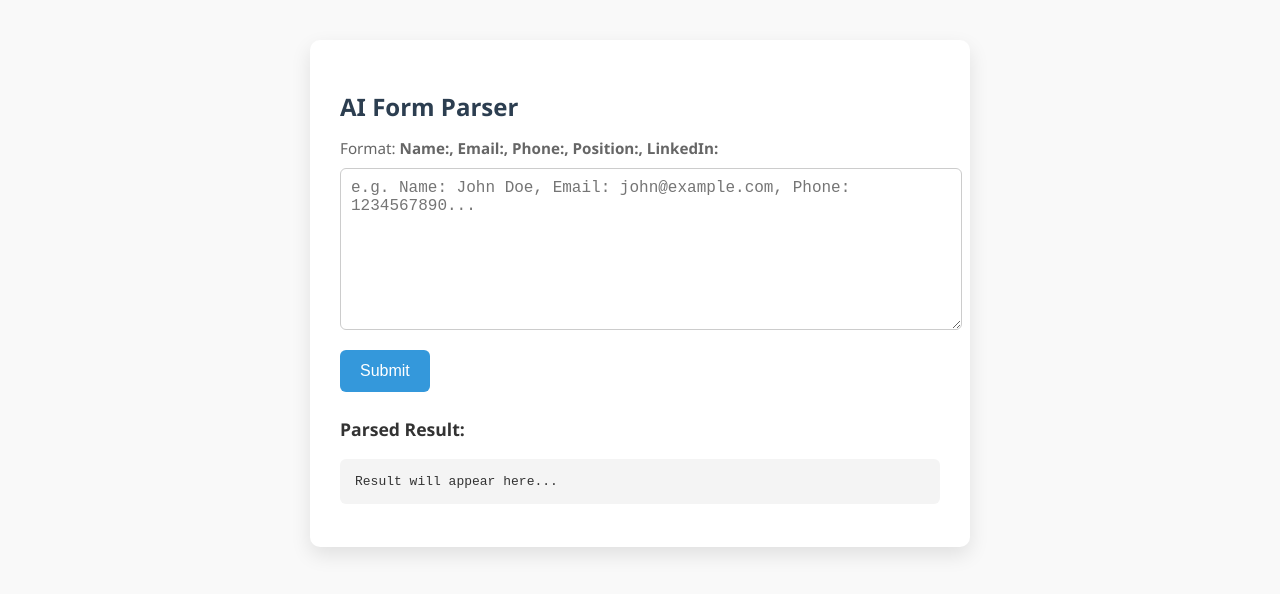
Repository: Mohitkumar1322/AIForm
Page: http://localhost/
These files come from the project's save history. The page is drawn as it stood at one moment and after the next save; the edit follows.
The browser window is 1280 px wide. The pictures show the whole page.
The page is served by the project's application, run on Flask 3 (main.py).

Above is the page before, as saved 2025-07-18 10:36:47.

After the next save:
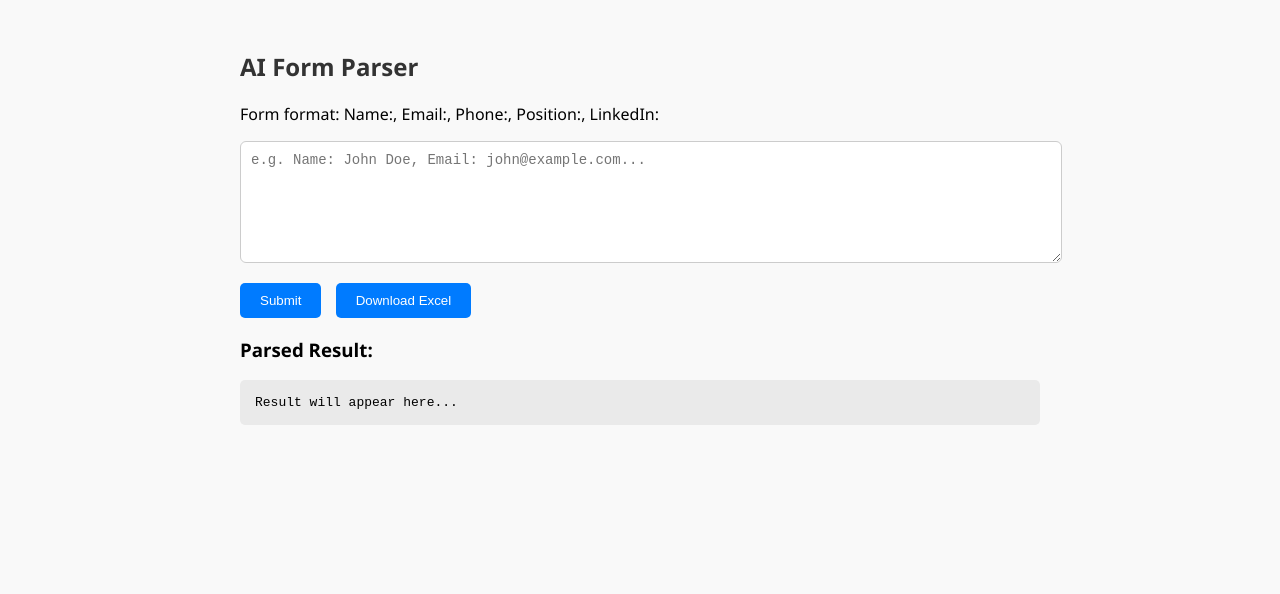
Saved 14 s later.
--- a/templates/index.html
+++ b/templates/index.html
@@ -1,135 +1,81 @@
 <!DOCTYPE html>
-<html lang="en">
+<html>
 <head>
-    <meta charset="UTF-8">
-    <meta name="viewport" content="width=device-width, initial-scale=1.0">
     <title>AI Form Parser</title>
     <style>
-        :root {
-            --primary-color: #2c3e50;
-            --accent-color: #3498db;
-            --bg-color: #f9f9f9;
-            --text-color: #333;
+        body {
+            font-family: 'Segoe UI', sans-serif;
+            max-width: 800px;
+            margin: auto;
+            padding: 30px;
+            background-color: #f9f9f9;
         }
-
-        body {
-            font-family: 'Segoe UI', Tahoma, Geneva, Verdana, sans-serif;
-            background-color: var(--bg-color);
-            color: var(--text-color);
-            margin: 0;
-            padding: 0;
-            display: flex;
-            justify-content: center;
-            align-items: flex-start;
-            min-height: 100vh;
+        h2 {
+            color: #333;
         }
-
-        .container {
-            background: #fff;
-            padding: 30px;
-            margin: 40px 20px;
-            border-radius: 10px;
-            box-shadow: 0 8px 20px rgba(0, 0, 0, 0.1);
-            max-width: 600px;
-            width: 100%;
-        }
-
-        h2 {
-            color: var(--primary-color);
-            margin-bottom: 10px;
-        }
-
-        p {
-            font-size: 0.95rem;
-            margin-bottom: 10px;
-            color: #666;
-        }
-
         textarea {
             width: 100%;
-            height: 140px;
+            height: 100px;
             padding: 10px;
-            font-size: 1rem;
+            font-size: 14px;
+            border-radius: 6px;
             border: 1px solid #ccc;
-            border-radius: 6px;
-            resize: vertical;
-            margin-bottom: 15px;
         }
-
         button {
-            background-color: var(--accent-color);
-            color: #fff;
+            padding: 10px 20px;
+            margin-top: 15px;
+            margin-right: 10px;
+            background-color: #007bff;
+            color: white;
             border: none;
-            padding: 12px 20px;
-            font-size: 1rem;
-            border-radius: 6px;
+            border-radius: 5px;
             cursor: pointer;
-            transition: background-color 0.3s ease;
         }
-
         button:hover {
-            background-color: #2980b9;
+            background-color: #0056b3;
         }
-
-        h3 {
-            margin-top: 25px;
-            font-size: 1.1rem;
-        }
-
         pre {
-            background-color: #f4f4f4;
+            background-color: #eaeaea;
             padding: 15px;
-            border-radius: 6px;
             white-space: pre-wrap;
-            word-wrap: break-word;
-        }
-
-        @media (max-width: 480px) {
-            .container {
-                padding: 20px;
-            }
-
-            button {
-                width: 100%;
-            }
+            border-radius: 5px;
         }
     </style>
 </head>
 <body>
-    <div class="container">
-        <h2>AI Form Parser</h2>
-        <p>Format: <strong>Name:, Email:, Phone:, Position:, LinkedIn:</strong></p>
-        <textarea id="prompt" placeholder="e.g. Name: John Doe, Email: john@example.com, Phone: 1234567890..."></textarea>
-        <button onclick="submitForm()">Submit</button>
-        <h3>Parsed Result:</h3>
-        <pre id="result">Result will appear here...</pre>
-    </div>
+    <h2>AI Form Parser</h2>
+    <p>Form format: Name:, Email:, Phone:, Position:, LinkedIn:</p>
+    <textarea id="prompt" placeholder="e.g. Name: John Doe, Email: john@example.com..."></textarea>
+    <br>
+    <button onclick="submitForm()">Submit</button>
+    <button onclick="downloadExcel()">Download Excel</button>
+
+    <h3>Parsed Result:</h3>
+    <pre id="result">Result will appear here...</pre>
 
     <script>
         async function submitForm() {
             const prompt = document.getElementById("prompt").value;
             const resultBox = document.getElementById("result");
 
-            resultBox.textContent = "Processing... Please wait.";
+            const response = await fetch("/parse-form", {
+                method: "POST",
+                headers: {
+                    "Content-Type": "application/json"
+                },
+                body: JSON.stringify({ prompt })
+            });
 
-            try {
-                const response = await fetch("/parse-form", {
-                    method: "POST",
-                    headers: {
-                        "Content-Type": "application/json"
-                    },
-                    body: JSON.stringify({ prompt })
-                });
+            const data = await response.json();
+            if (data.status === "success") {
+                resultBox.textContent = data.result;
+            } else {
+                resultBox.textContent = "Error: " + data.message;
+            }
+        }
 
-                const data = await response.json();
-                if (data.status === "success") {
-                    resultBox.textContent = data.result;
-                } else {
-                    resultBox.textContent = "Error: " + data.message;
-                }
-            } catch (err) {
-                resultBox.textContent = "Error: " + err.message;
-            }
+        function downloadExcel() {
+            window.location.href = "/download";
         }
     </script>
 </body>
